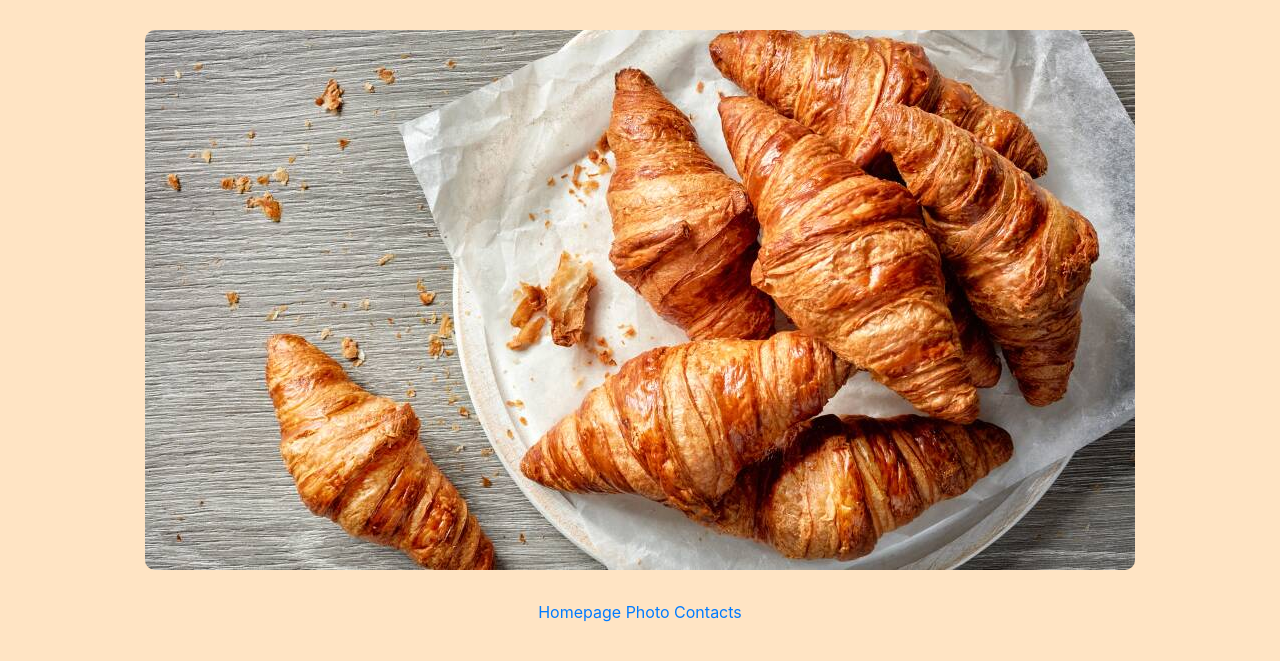
Repository: Bohoutdinova/Croissant
Page: photo.html
An editor plug-in stored every save of this project. The page is shown before and after the next save, followed by the edit.
The browser window is 1280 px wide. The pictures show the whole page.

Above is the page before, as saved 2022-08-08 18:04:48.

### photo.html
<!DOCTYPE html>
<html lang="en">
  <head>
    <meta charset="UTF-8" />
    <meta http-equiv="X-UA-Compatible" content="IE=edge" />
    <meta name="viewport" content="width=device-width, initial-scale=1.0" />
    <title>Photo</title>
    <link
      rel="stylesheet"
      href="https://cdn.jsdelivr.net/npm/bootstrap@4.3.1/dist/css/bootstrap.min.css"
      integrity="sha384-ggOyR0iXCbMQv3Xipma34MD+dH/1fQ784/j6cY/iJTQUOhcWr7x9JvoRxT2MZw1T"
      crossorigin="anonymous"
    />
    <link rel="stylesheet" href="/src/style.css" />
  </head>
  <body>
    <img src="/images/download.jpeg" class="img-fluid" alt="croissant" />
    <div class="container">
      <a href="/index.html">Homepage</a>
      <a href="/photo.html">Photo</a>
      <a href="/contact.html">Contacts</a>
    </div>
  </body>
</html>

### src/style.css
body {
  background-color: bisque;
}
h1 {
  text-align: center;
}
p {
  text-align: center;
}
.container {
  text-align: center;
  margin: 10px auto;
}
.main-link {
  padding: 10px;
  color: #f98654;
}
img {
  border-radius: 10px;
  display: block;
  margin: 30px auto;
}

After the next save:
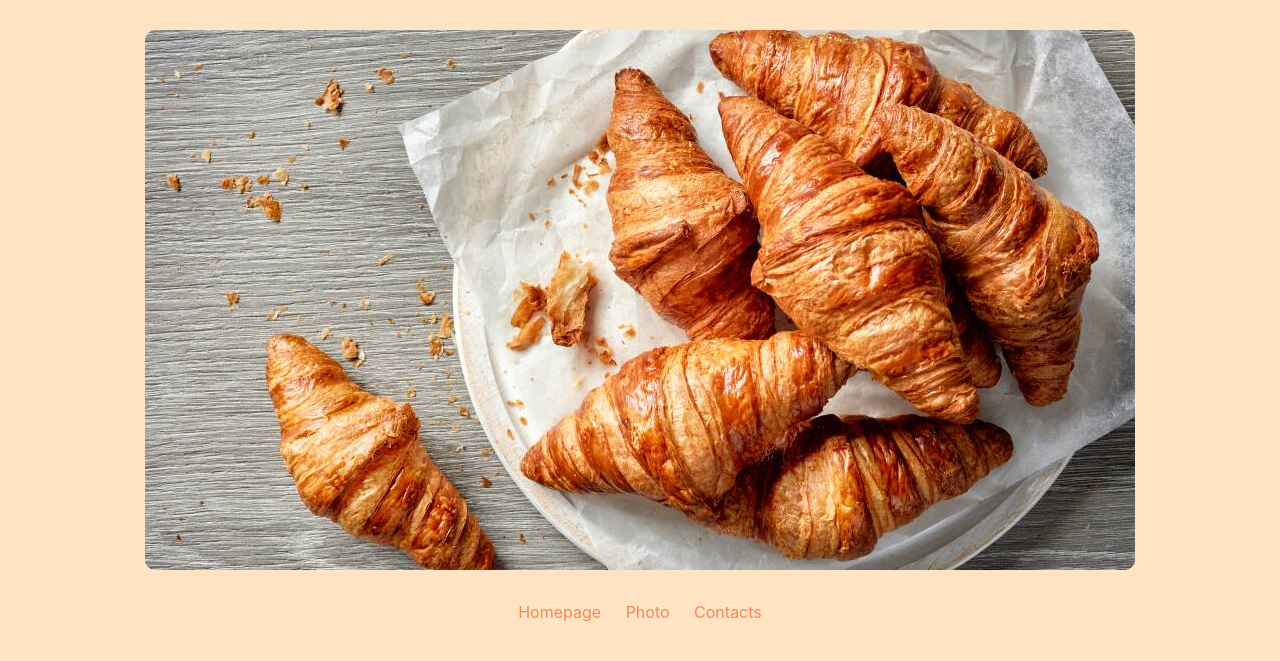
Saved 18 s later.
--- a/photo.html
+++ b/photo.html
@@ -16,9 +16,9 @@
   <body>
     <img src="/images/download.jpeg" class="img-fluid" alt="croissant" />
     <div class="container">
-      <a href="/index.html">Homepage</a>
-      <a href="/photo.html">Photo</a>
-      <a href="/contact.html">Contacts</a>
+      <a class="main-link" href="/index.html">Homepage</a>
+      <a class="main-link" href="/photo.html">Photo</a>
+      <a class="main-link" href="/contact.html">Contacts</a>
     </div>
   </body>
 </html>
